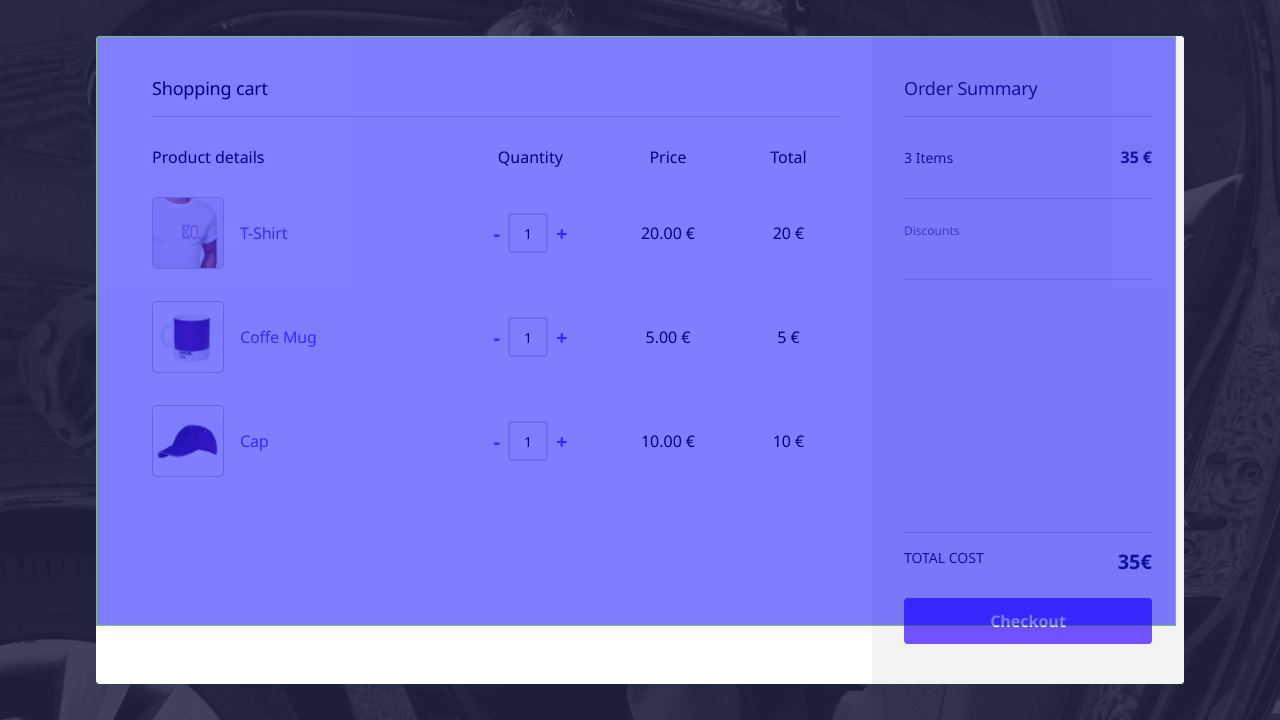
Repository: banchiec/challengecbfy
Page: /
An editor plug-in stored every save of this project. The page is shown before and after the next save, followed by the edit.
The browser window is 1280 px wide. The pictures show the whole page.
Some web fonts or font styles are not loaded; a fallback is used. The project was rebuilt for these pictures with package versions that can differ from the ones it lists, and the page was loaded fresh each time. Also part of the build but not shown: craco.config.js.

Above is the page before, as saved 2021-12-11 01:21:30.

After the next save:
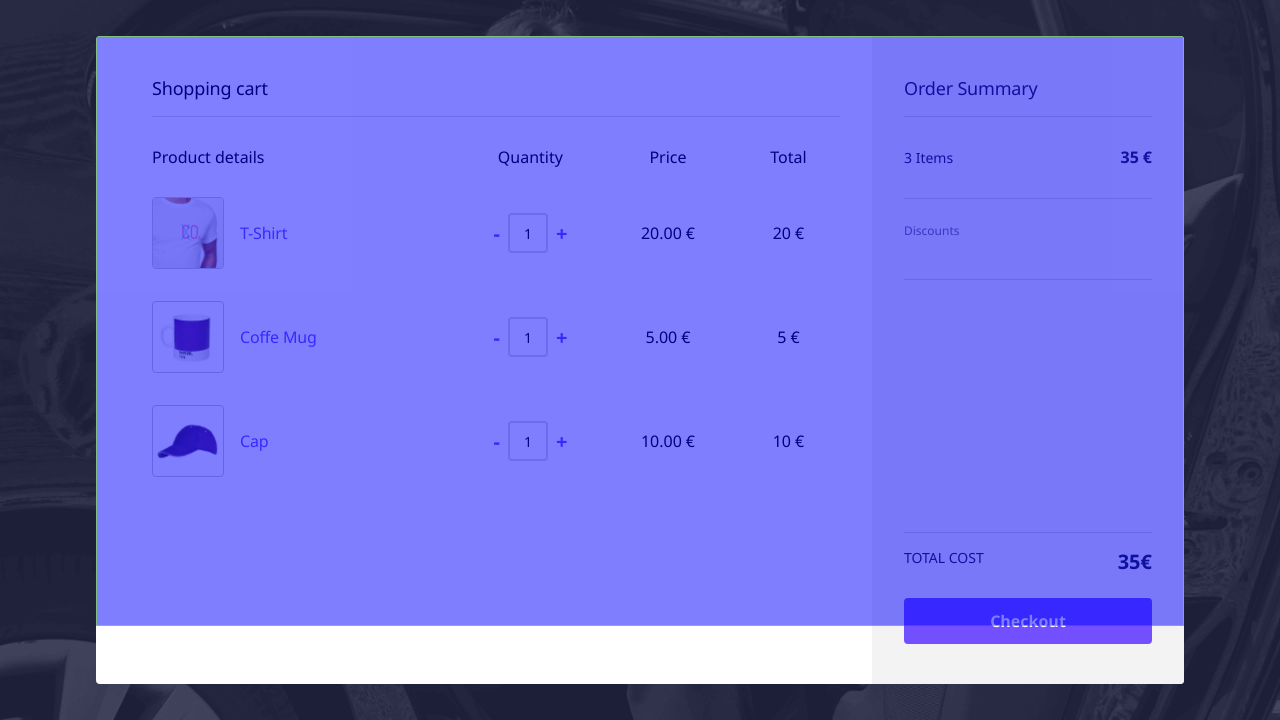
Saved 4 s later.
--- a/src/App.css
+++ b/src/App.css
@@ -491,7 +491,7 @@ input {
 /* MODAL */
 .modal {
   position: absolute ;
-  width: 1080px;
+  width: 1088px;
   height: 590px;
   z-index: 1;
   background-color: blue;
